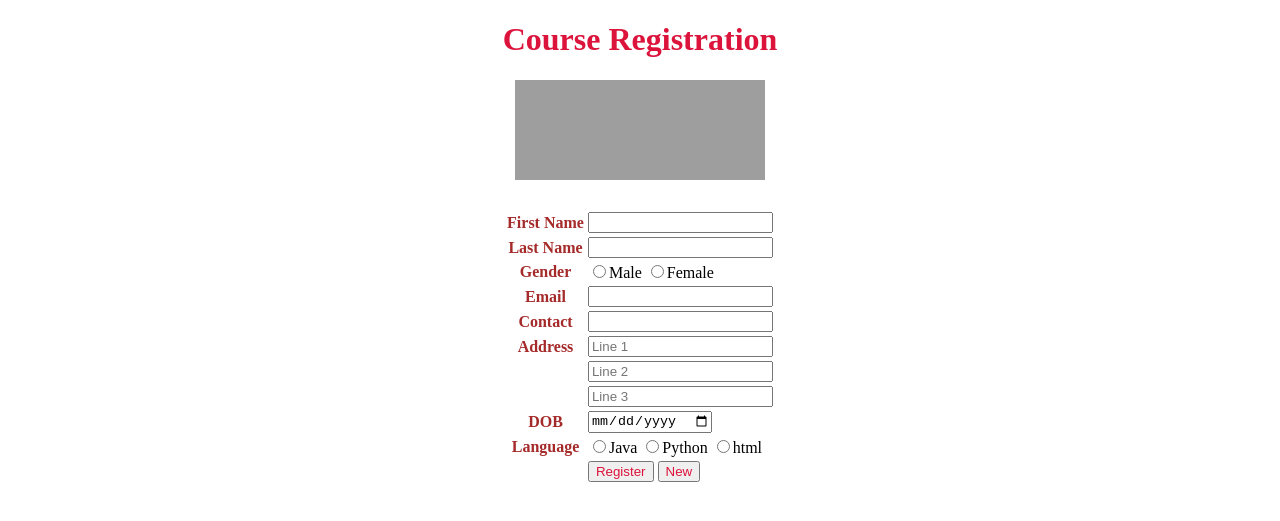
Repository: raviraj226/AdvanceJava
Page: http://localhost/Ravi_Maven/RegistrationForm.jsp
These files come from the project's save history. The page is drawn as it stood at one moment and after the next save; the edit follows.
The browser window is 1280 px wide. The pictures show the whole page.
Pictures or frames that could not be fetched are drawn as grey boxes. The page is served by Tomcat 9.

Above is the page before, as saved 2022-03-11 10:56:07.

After the next save:
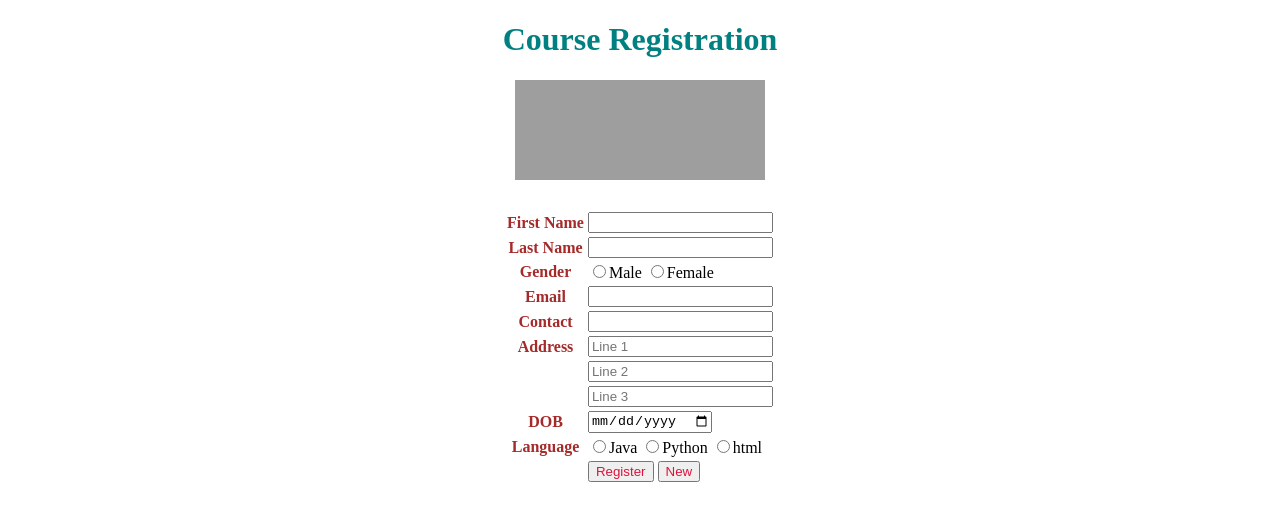
Saved 15 s later.
--- a/Advance Java/Ravi_Maven/src/main/webapp/RegistrationForm.jsp
+++ b/Advance Java/Ravi_Maven/src/main/webapp/RegistrationForm.jsp
@@ -7,7 +7,7 @@
 <title>Insert title here</title>
 </head>
 <body>
-<h1 align="center" style="color: crimson;">Course Registration</h1>
+<h1 align="center" style="color:teal;">Course Registration</h1>
     <h1 align="center"><img src="D:\Learning Java\UI\download.png" width="250px" height="100px"></h1>
     <form>
         <table align="center">

After the save that followed:
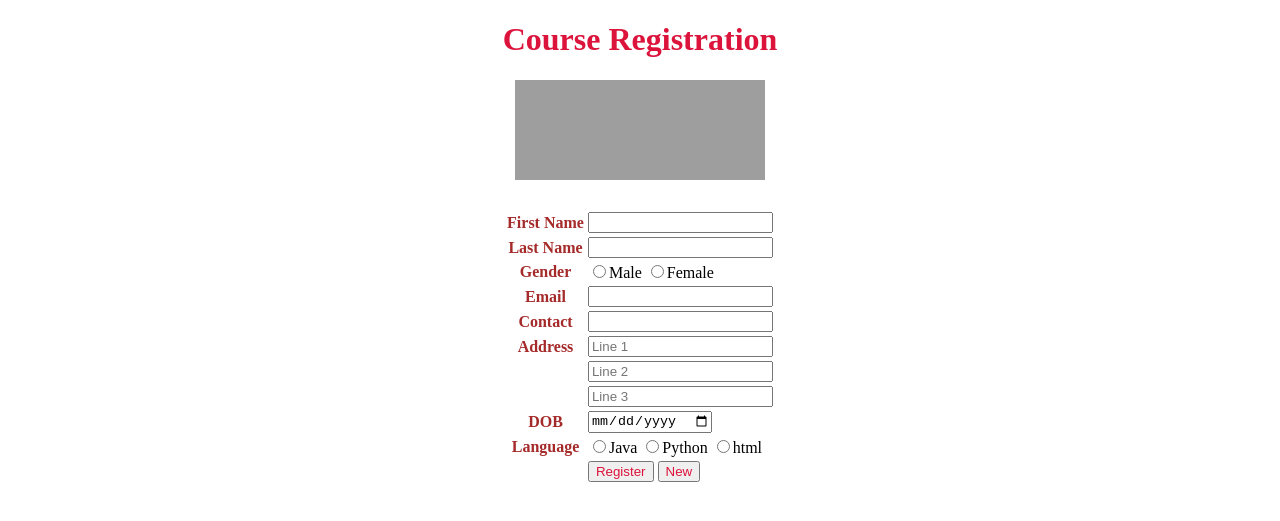
Saved 58 s later.
--- a/Advance Java/Ravi_Maven/src/main/webapp/RegistrationForm.jsp
+++ b/Advance Java/Ravi_Maven/src/main/webapp/RegistrationForm.jsp
@@ -7,7 +7,7 @@
 <title>Insert title here</title>
 </head>
 <body>
-<h1 align="center" style="color:teal;">Course Registration</h1>
+<h1 align="center" style="color:crimson;">Course Registration</h1>
     <h1 align="center"><img src="D:\Learning Java\UI\download.png" width="250px" height="100px"></h1>
     <form>
         <table align="center">
